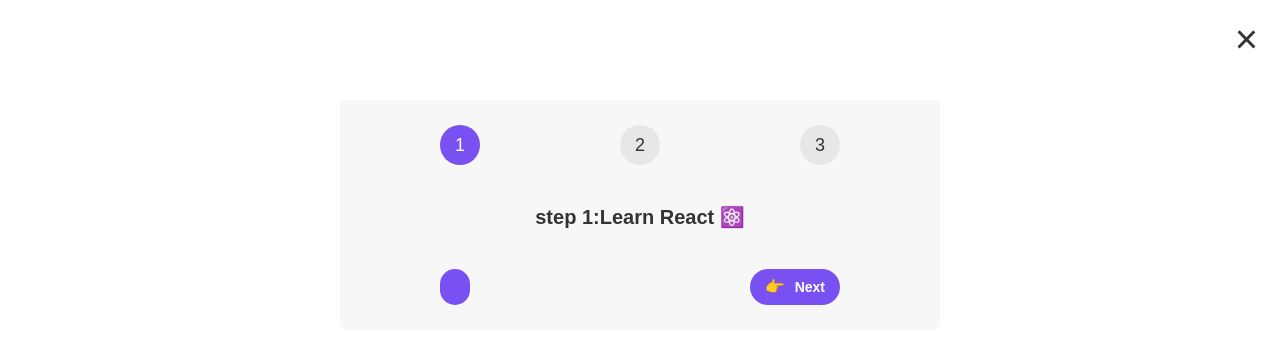
Repository: masamichan/steps
Page: /
An editor plug-in stored every save of this project. The page is shown before and after the next save, followed by the edit.
The browser window is 1280 px wide. The pictures show the whole page.
The project was rebuilt for these pictures with package versions that can differ from the ones it lists, and the page was loaded fresh each time.

Above is the page before, as saved 2024-01-23 09:21:33.

After the next save:
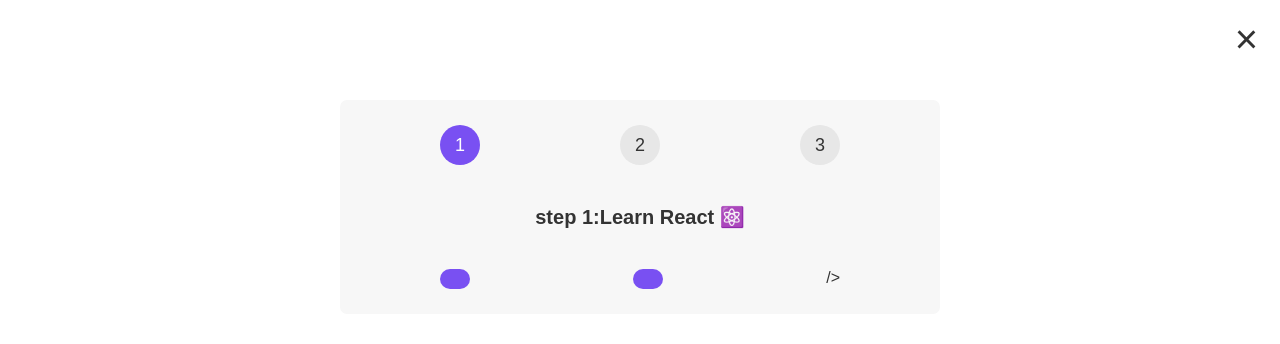
Saved 111 s later.
--- a/src/App.js
+++ b/src/App.js
@@ -40,13 +40,14 @@ export default function App() {
             <Button bgColor="#7950f2" textColor="#fff" onClick={handlePrevious}>
               <span>👈</span> Previous
             </Button>
-
             <Button
               bgColor="#7950f2"
               textColor="#fff"
               onClick={handleNext}
-              text="Next"
-              emoji="👉"
+              Next
+            >
+              <span>👉</span>
+            </Button>
             />
           </div>
         </div>
